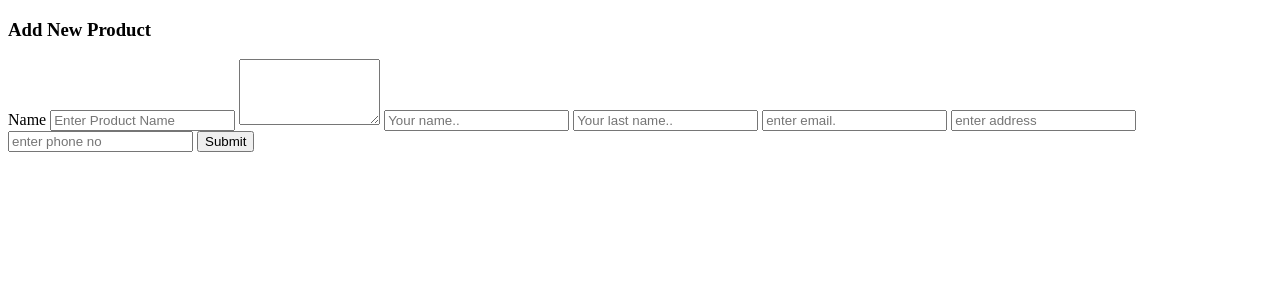
Repository: mihirhpanchal/Java-OnlineShopping
Page: onlineshopping/onlineshopping/src/main/webapp/regproduct.html
An editor plug-in stored every save of this project. The page is shown before and after the next save, followed by the edit.
The browser window is 1280 px wide. The pictures show the whole page.

Above is the page before, as saved 2019-11-19 05:09:20.

### onlineshopping/onlineshopping/src/main/webapp/regproduct.html
<!DOCTYPE html>
<html>
<head>
<meta charset="ISO-8859-1">
<title>Product Registration</title>
</head>
<body>

<h3>Add New Product</h3>

<div class="container">
  <form action="addproduct.do" method="post">
 	<label >Name</label>
    <input type="text" id="product_name" name="product_name" placeholder="Enter Product Name">

    <textarea rows="4" cols="15" name="product_description"></textarea>

    <input type="text" id="fname" name="fname" placeholder="Your name..">


    <input type="text" id="lname" name="lname" placeholder="Your last name..">

    <input type="email" id="email" name="email" placeholder="enter email.">

    <input type="text" id="address" name="address" placeholder="enter address">

    <input type="text" id="phone" name="phone" placeholder="enter phone no">

    <input type="submit" value="Submit">
  </form>
</div>

</body>
</html>

After the next save:
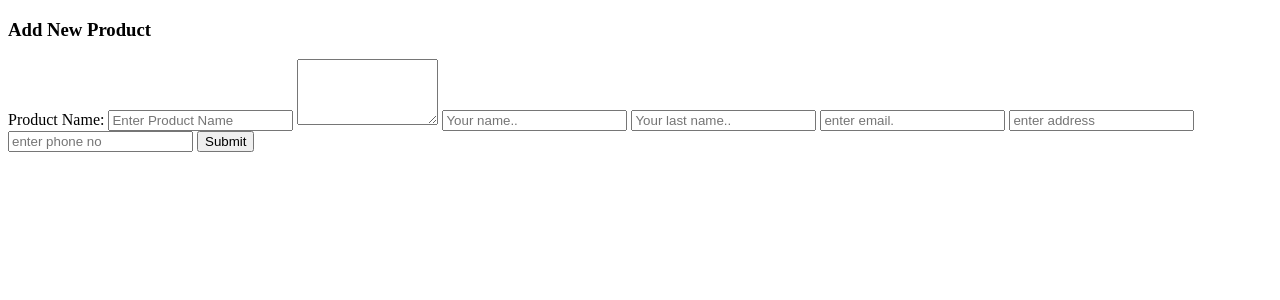
Saved 12 s later.
--- a/onlineshopping/onlineshopping/src/main/webapp/regproduct.html
+++ b/onlineshopping/onlineshopping/src/main/webapp/regproduct.html
@@ -10,7 +10,7 @@
 
 <div class="container">
   <form action="addproduct.do" method="post">
- 	<label >Name</label>
+ 	<label >Product Name: </label>
     <input type="text" id="product_name" name="product_name" placeholder="Enter Product Name">
 
     <textarea rows="4" cols="15" name="product_description"></textarea>
